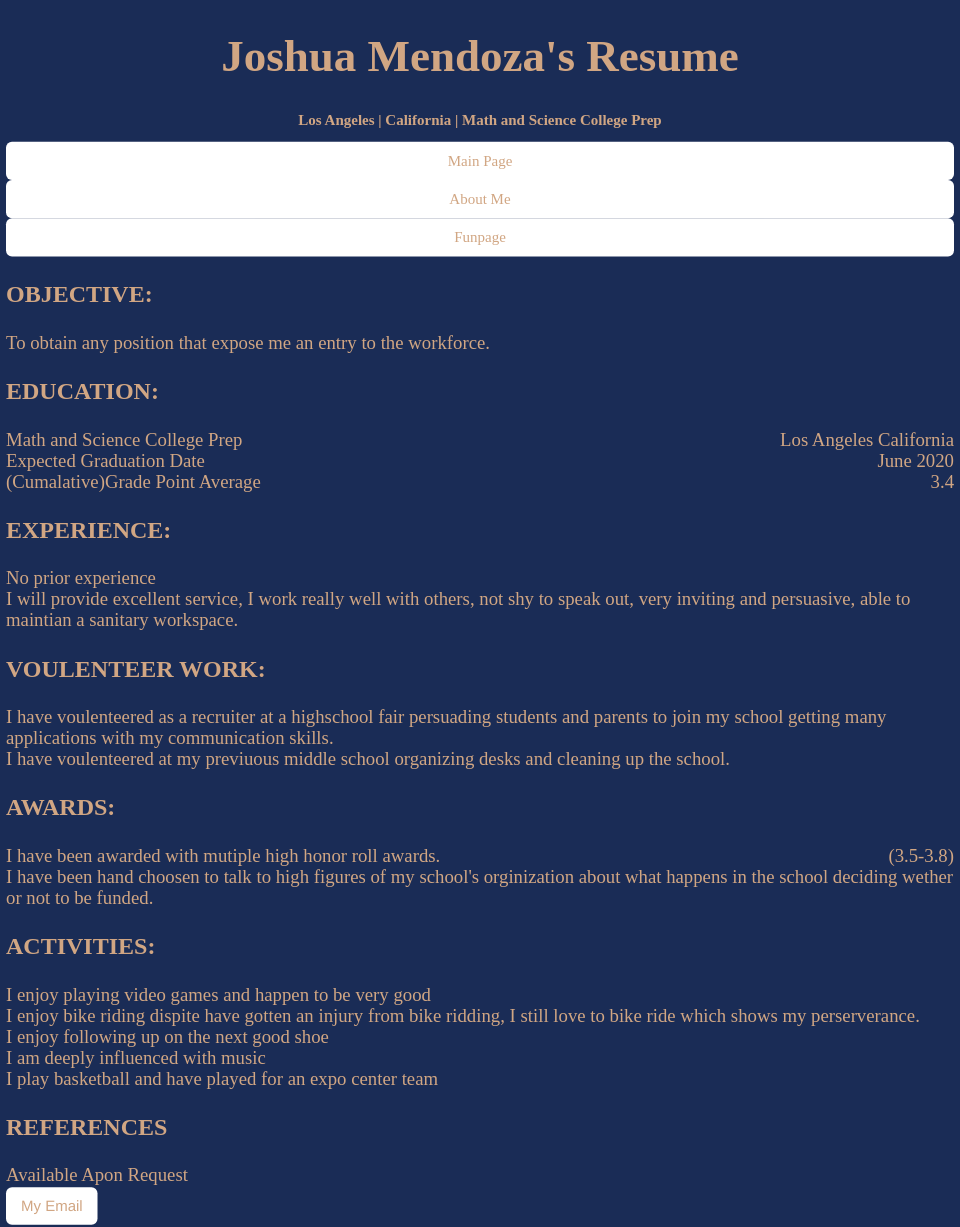
Repository: jjoshuaa0312/jjoshuaa0312.github.io
Page: resume.html
The author's editor kept a record of every edit. The page is drawn from the files as they stood at one moment, then again after the next edit.
The browser window is 1280 px wide. The pictures show the whole page, at 75% of full size.

Above is the page before.

After the next edit:
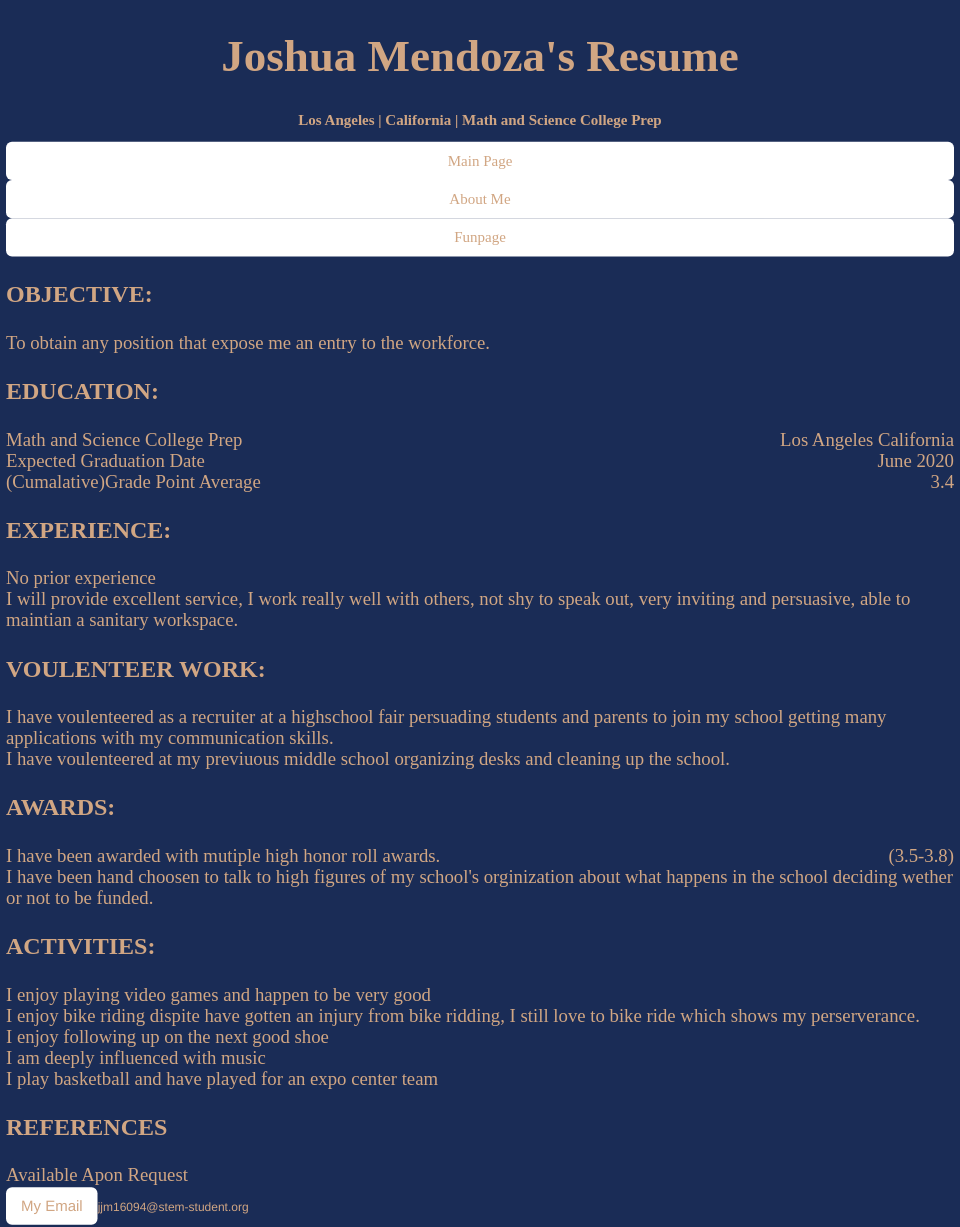
The edit:
--- a/resume.html
+++ b/resume.html
@@ -43,6 +43,6 @@
 <div><p4>Available Apon Request</p4></div>
 
 
-  <p><a2 href= "mailto:jjm16094@stem-student.org">My Email</a2></p>
+  <p><a2 href= "jjm16094@stem-student.org">My Email</a2>jjm16094@stem-student.org</p>
   </body>
   </html>
